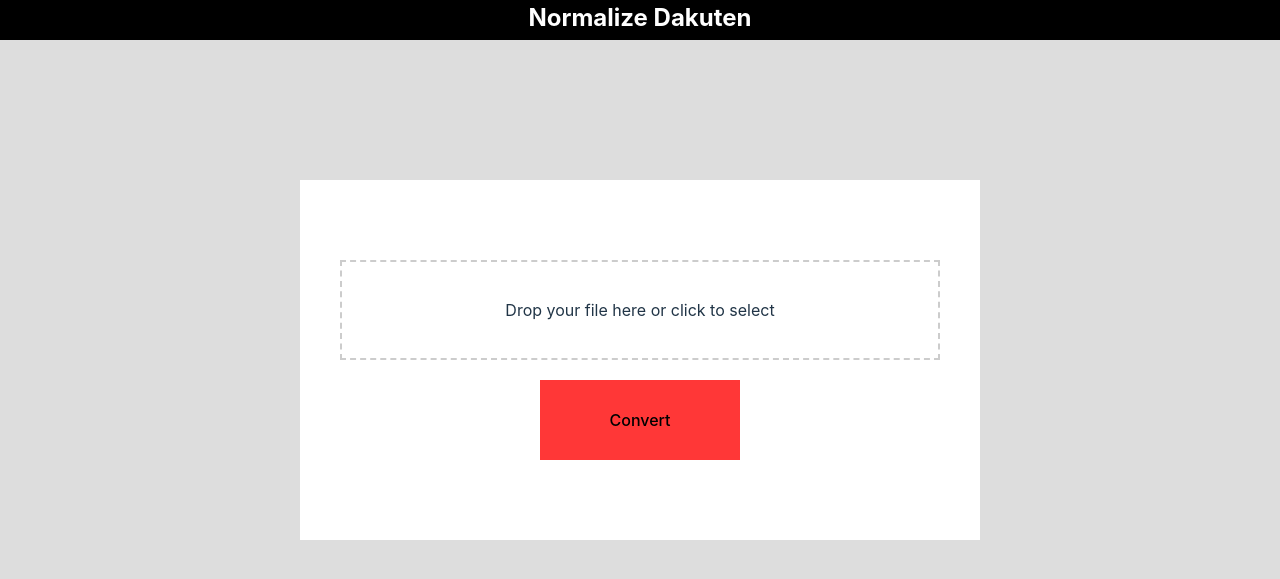
Repository: CatHandsService/normalize_dakuten
Page: / (app in front/)
These files come from the project's save history. The page is drawn as it stood at one moment and after the next save; the edit follows.
The browser window is 1280 px wide. The pictures show the whole page.
The project was rebuilt for these pictures with package versions that can differ from the ones it lists, and the page was loaded fresh each time. Also part of the build but not shown: front/vite.config.ts.

Above is the page before, as saved 2024-01-27 16:21:33.

After the next save:
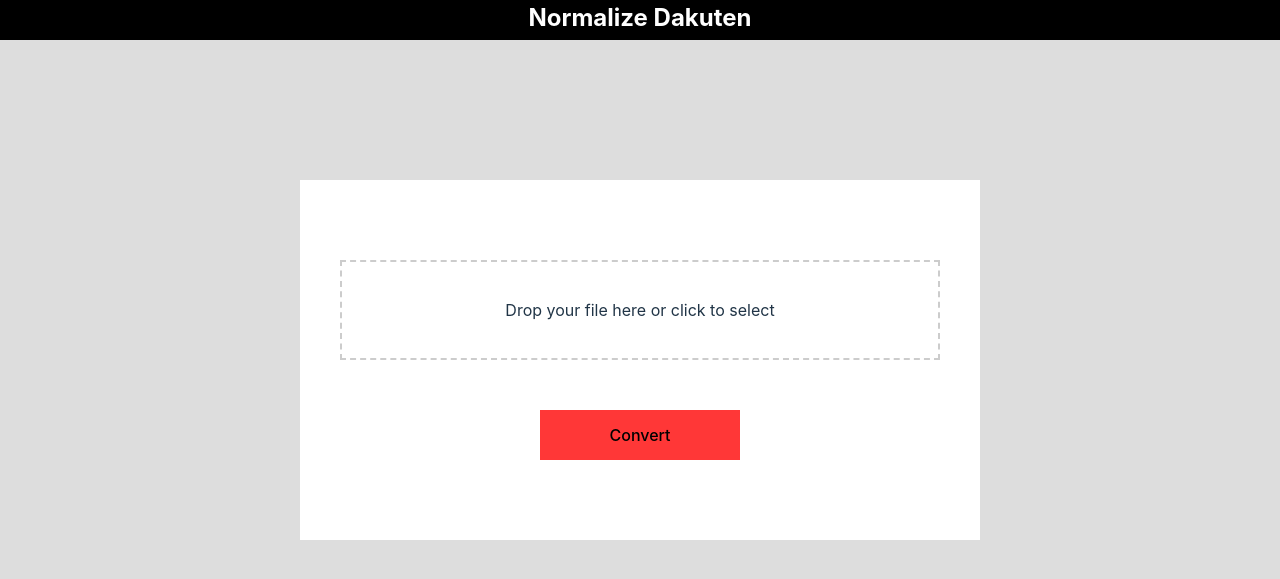
Saved 4 s later.
--- a/front/src/App.css
+++ b/front/src/App.css
@@ -38,7 +38,7 @@ body {
 }
 .convert {
   width: 200px;
-  height: 80px;
+  height: 50px;
   background-color: #ff3737;
   border-radius: 0;
 }
